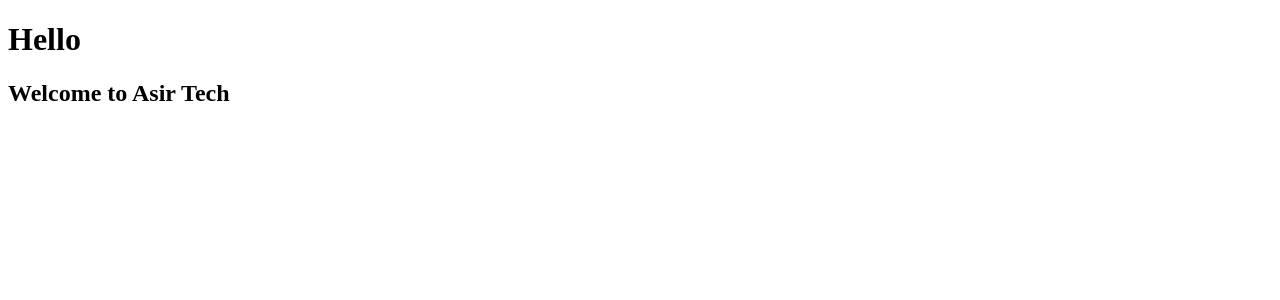
Repository: SutheepS/newprogram
Page: Tests/src/main/webapp/index.html
An editor plug-in stored every save of this project. The page is shown before and after the next save, followed by the edit.
The browser window is 1280 px wide. The pictures show the whole page.

Above is the page before, as saved 2023-05-22 11:25:19.

### Tests/src/main/webapp/index.html
<!DOCTYPE html>
<html>
<head>
<meta charset="UTF-8">
<title>Insert title here</title>
</head>
<body>
<h1>Hello</h1>
<h2>Welcome to Asir Tech</h2>
</body>
</html>

After the next save:
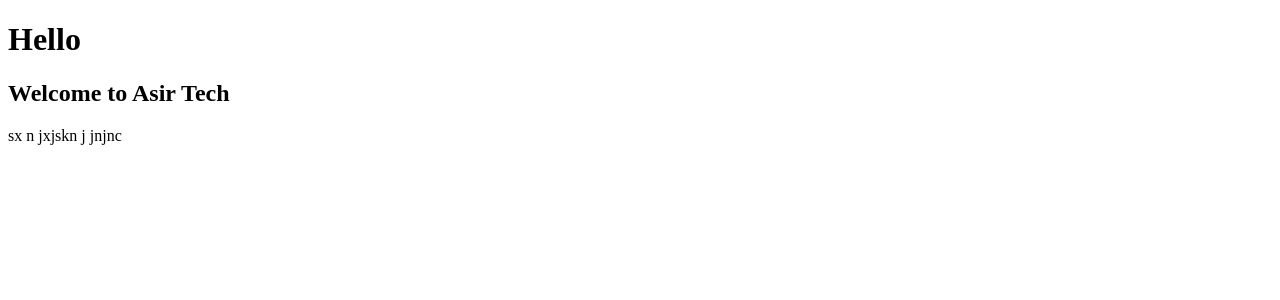
Saved 18 h 47 min later.
--- a/Tests/src/main/webapp/index.html
+++ b/Tests/src/main/webapp/index.html
@@ -7,5 +7,6 @@
 <body>
 <h1>Hello</h1>
 <h2>Welcome to Asir Tech</h2>
+<p>sx n jxjskn j  jnjnc</p>
 </body>
 </html>
